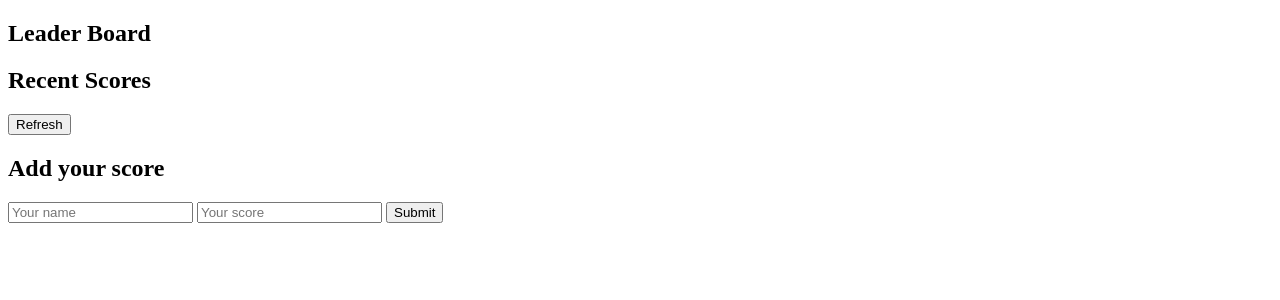
Repository: kennedyowusu/Leaderboard
Page: src/index.html
The author's editor kept a copy of each file at every save. The page is drawn from the files as they stood at one save, then again after the next save.
The browser window is 1280 px wide. The pictures show the whole page.

Above is the page before, as saved 2022-12-20 15:32:41.

After the next save:
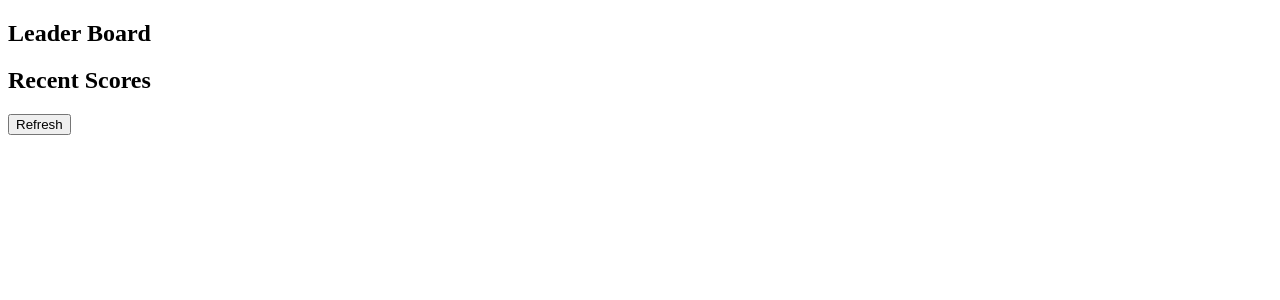
Saved 105 s later.
--- a/src/index.html
+++ b/src/index.html
@@ -27,7 +27,7 @@
    </div>
 
 
-    <div class="left-side">
+    <!-- <div class="left-side">
      <div class="form-section">
       <h2 class="title">Add your score</h2>
       <form class="form" id="form">
@@ -36,7 +36,7 @@
        <button class="submit" type="submit">Submit</button>
       </form>
      </div>
-    </div>
+    </div> -->
 
 
   </section>
